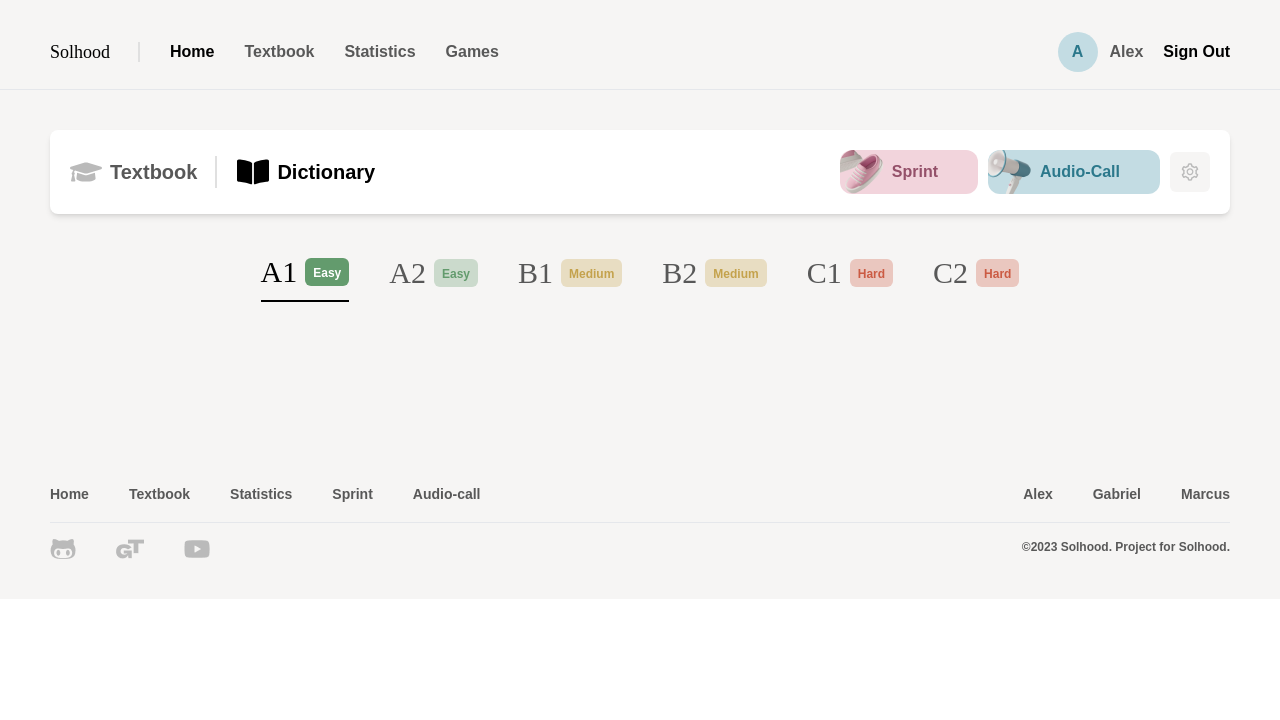
Repository: haudnn/solhood
Page: /textbook
The author's editor kept a copy of each file at every save. The page is drawn from the files as they stood at one save, then again after the next save.
The browser window is 1280 px wide. The pictures show the whole page.
Pictures or frames that could not be fetched are drawn as grey boxes. The project was rebuilt for these pictures with package versions that can differ from the ones it lists, and the page was loaded fresh each time. Also part of the build but not shown: src/pages/Home.tsx, src/pages/sprint/Sprint.tsx, src/pages/sprint/Game.tsx, src/pages/sprint/Result.tsx, src/pages/audio/Audio.tsx, src/pages/audio/Game.tsx, src/pages/audio/Result.tsx.

Above is the page before, as saved 2023-01-06 16:18:30.

After the next save:
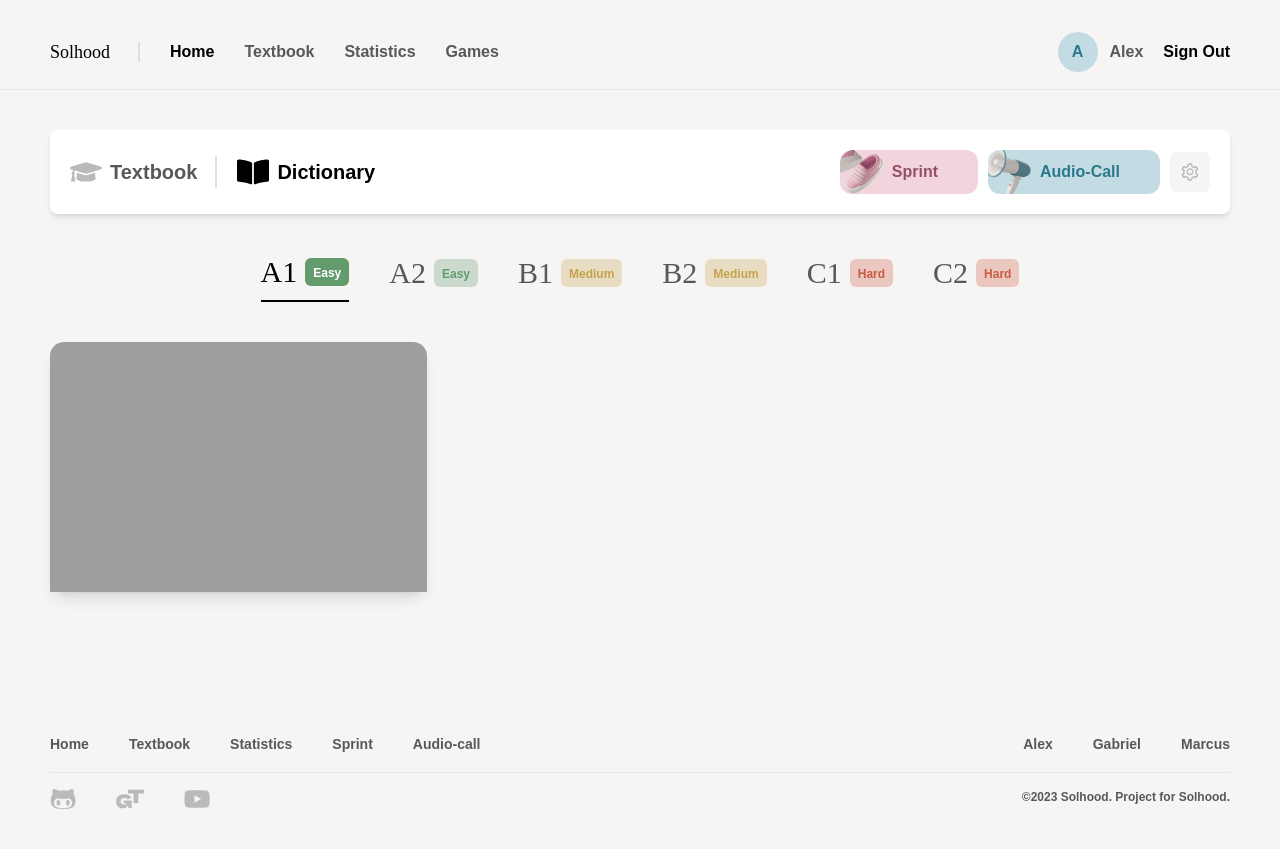
Saved 5 s later.
--- a/src/pages/textbook/TextBook.tsx
+++ b/src/pages/textbook/TextBook.tsx
@@ -184,7 +184,7 @@ const TextBook = () => {
                     style={{
                       backgroundImage: `url(${"https://cdn.britannica.com/98/235798-050-3C3BA15D/Hamburger-and-french-fries-paper-box.jpg"})`,
                     }}
-                    className="relative w-full max-h-[250px] bg-center bg-no-repeat bg-cover rounded-tl-[14px] rounded-tr-[14px]"
+                    className="relative w-full h-[250px] max-h-[250px] bg-center bg-no-repeat bg-cover rounded-tl-[14px] rounded-tr-[14px]"
                   ></div>
                 </div>
               </div>
